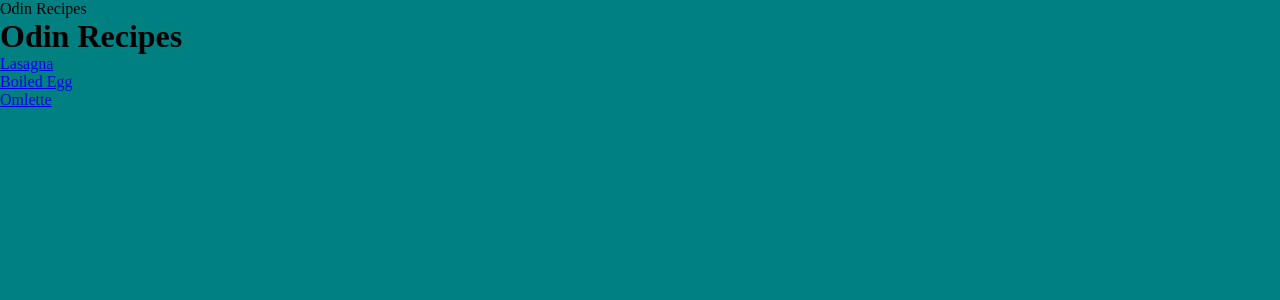
Repository: Pafestivo/odin-recipes
Page: index.html
The author's editor kept a copy of each file at every save. The page is drawn from the files as they stood at one save, then again after the next save.
The browser window is 1280 px wide. The pictures show the whole page.

Above is the page before, as saved 2022-09-24 12:22:05.

### index.html
<!DOCTYPE html>
<html lang="en">
<head>
    <meta charset="UTF-8">
    <meta name="viewport" content="width=device-width, initial-scale=1.0">
    <link rel="stylesheet" href="css/styles.css"
    <title>Odin Recipes</title>
</head>
<body>
    <h1>Odin Recipes</h1>
    <ul>
        <li><a href="recipes/lasagna.html">Lasagna</a></li>
        <li><a href="recipes/boiled-egg.html">Boiled Egg</a></li>
        <li><a href="recipes/omlette.html">Omlette</a></li>
    </ul>

</body>
</html>

### css/styles.css
* {
  box-sizing: border-box;
  padding: 0;
  margin: 0;
}

body {
  font-family: serif;
  background-color: #008080;
}

After the next save:
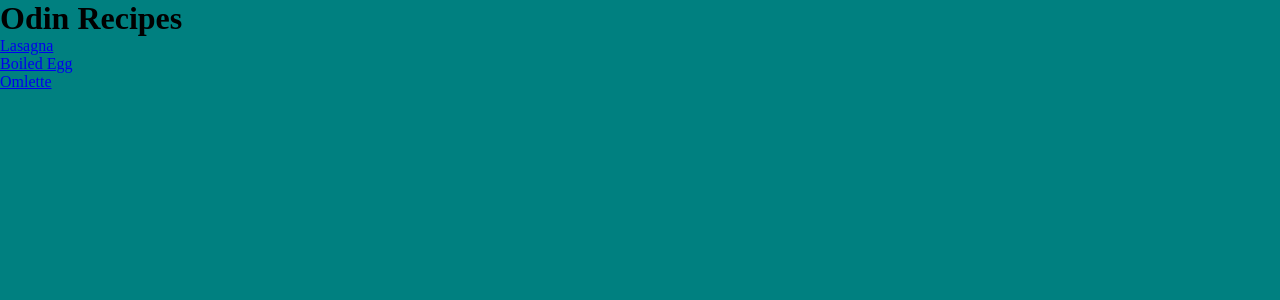
Saved 14 s later.
--- a/index.html
+++ b/index.html
@@ -3,7 +3,7 @@
 <head>
     <meta charset="UTF-8">
     <meta name="viewport" content="width=device-width, initial-scale=1.0">
-    <link rel="stylesheet" href="css/styles.css"
+    <link rel="stylesheet" href="css/styles.css">
     <title>Odin Recipes</title>
 </head>
 <body>
